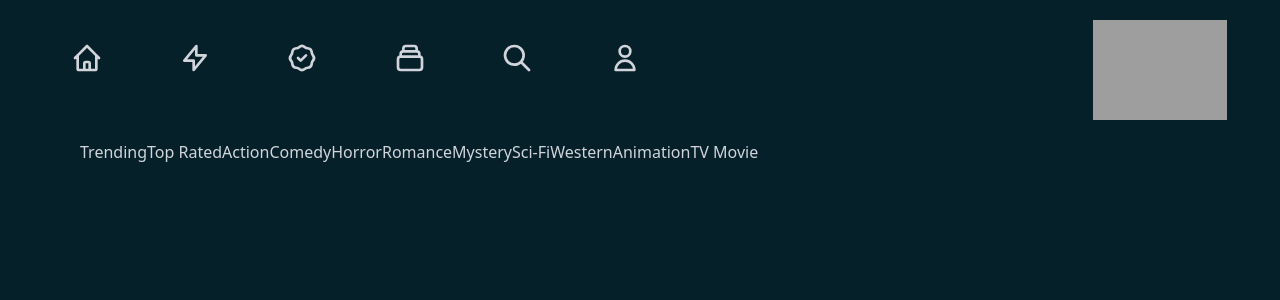
Repository: JuanOnly/hulu-clone
Page: /
These files come from the project's save history. The page is drawn as it stood at one moment and after the next save; the edit follows.
The browser window is 1280 px wide. The pictures show the whole page.
Pictures or frames that could not be fetched are drawn as grey boxes. The project was rebuilt for these pictures with package versions that can differ from the ones it lists, and the page was loaded fresh each time. The framework's server and built-in components were replaced by stand-ins that run in the browser. Also part of the build but not shown: next.config.js.

Above is the page before, as saved 2021-05-01 08:33:23.

After the next save:
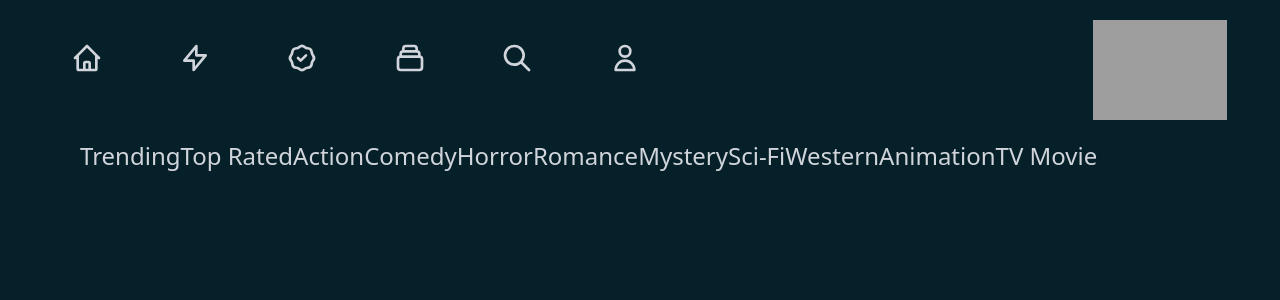
Saved 17 s later.
--- a/components/Nav.js
+++ b/components/Nav.js
@@ -3,7 +3,7 @@ import requests from "../utils/requests";
 function Nav() {
   return (
   <nav>
-      <div className="flex px-10 sm:px-20">
+      <div className="flex px-10 sm:px-20 text-2xl">
         {Object.entries(requests).map(([key, { title, url }]) => (
           <h2
           key={key}
